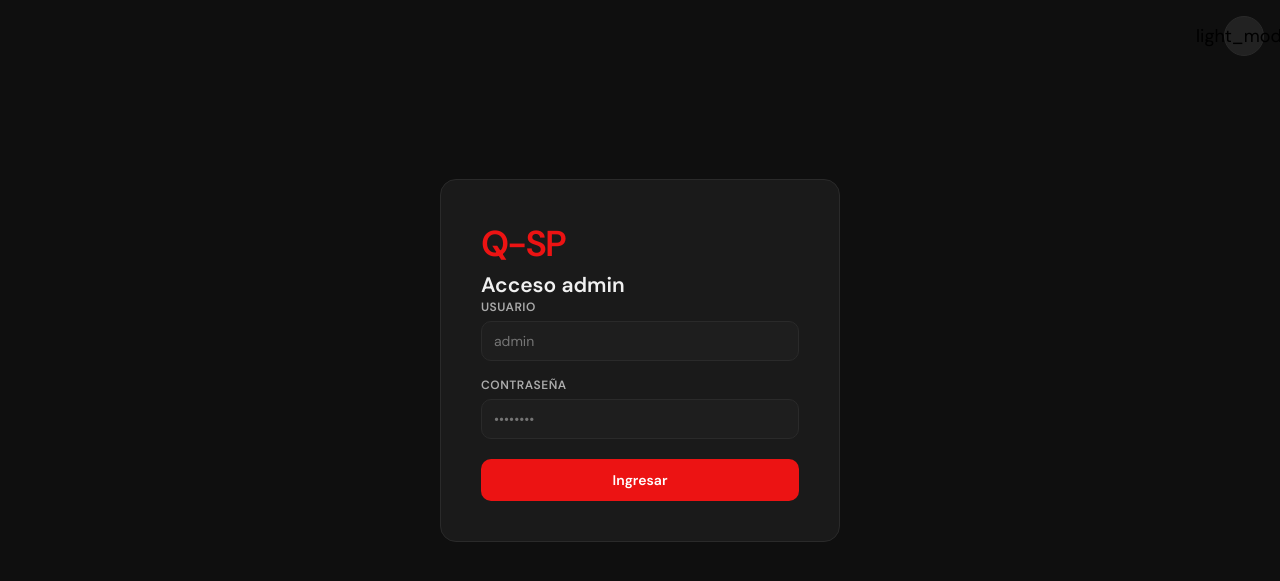
Repository: JhonnyDiaz4753/Admin_Q_sopa
Page: /categorias
An editor plug-in stored every save of this project. The page is shown before and after the next save, followed by the edit.
The browser window is 1280 px wide. The pictures show the whole page.
The project was rebuilt for these pictures with package versions that can differ from the ones it lists, and the page was loaded fresh each time. Also part of the build but not shown: vite.config.js, src/components/Sidebar/Sidebar.css, src/components/Sidebar/Sidebar.jsx, src/components/Topbar/Topbar.jsx, src/components/AdminLayout.css, src/components/AdminLayout.jsx, src/components/Dashboard/Dashboard.css, src/components/Dashboard/Dashboard.jsx and 10 more.

Above is the page before, as saved 2026-03-18 19:27:30.

After the next save:
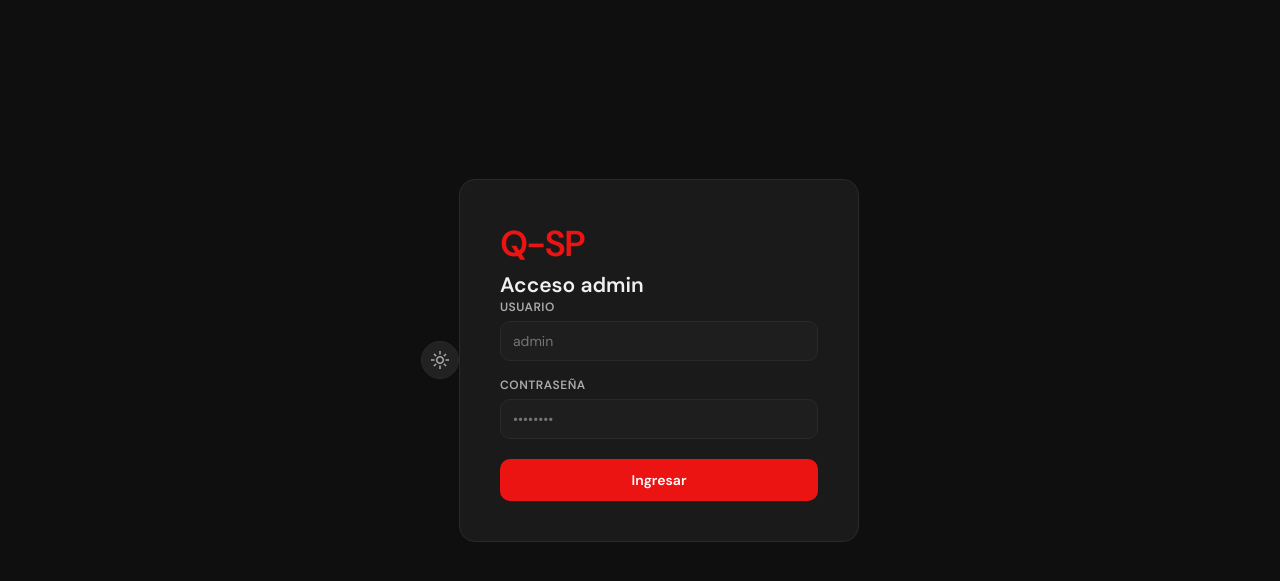
Saved 80 s later.
--- a/src/components/Login/Login.jsx
+++ b/src/components/Login/Login.jsx
@@ -29,9 +29,11 @@
 
   return (
     <div className="login-wrapper">
-          <button className="theme-toggle" onClick={toggle} aria-label="Cambiar tema">
-        {theme === "dark" ? "light_mode" : "dark_mode"}
-      </button>
+                  <button className="topbar-btn" onClick={toggle} title={theme === "dark" ? "Modo claro" : "Modo oscuro"}>
+          <span className="material-symbols-outlined">
+            {theme === "dark" ? "light_mode" : "dark_mode"}
+          </span>
+        </button>
       <div className="login-card">
         <div className="login-brand">Q-SP</div>
         <h2 className="login-title">Acceso admin</h2>

After the save that followed:
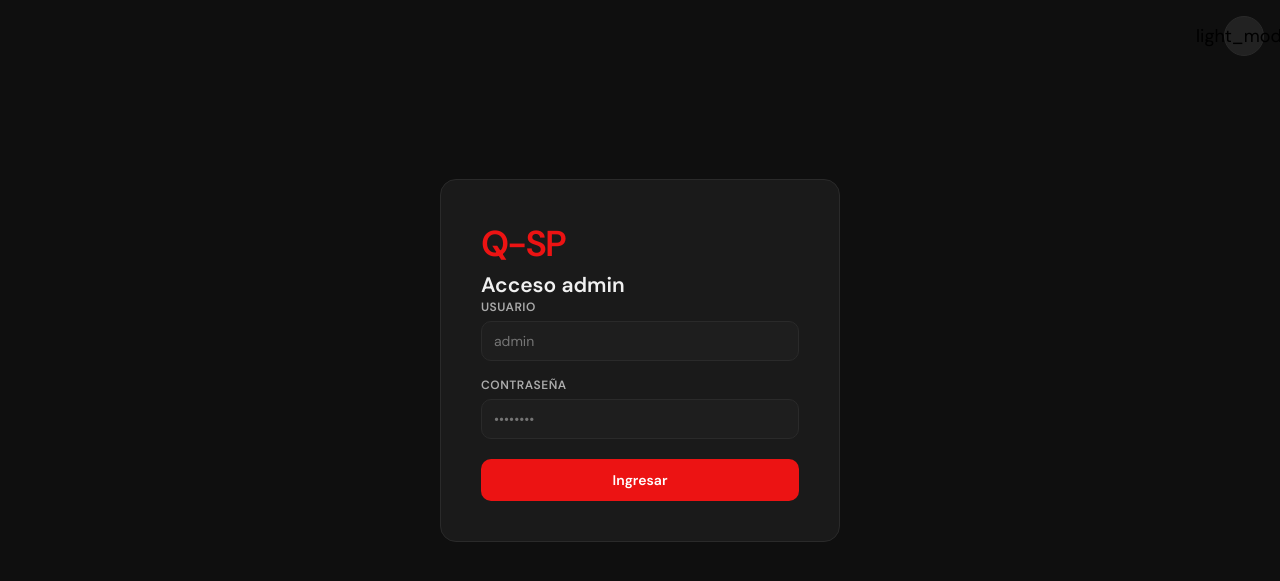
Saved 22 s later.
--- a/src/components/Login/Login.jsx
+++ b/src/components/Login/Login.jsx
@@ -29,11 +29,9 @@
 
   return (
     <div className="login-wrapper">
-                  <button className="topbar-btn" onClick={toggle} title={theme === "dark" ? "Modo claro" : "Modo oscuro"}>
-          <span className="material-symbols-outlined">
-            {theme === "dark" ? "light_mode" : "dark_mode"}
-          </span>
-        </button>
+          <button className="theme-toggle" onClick={toggle} aria-label="Cambiar tema">
+        {theme === "dark" ? "light_mode" : "dark_mode"}
+      </button>
       <div className="login-card">
         <div className="login-brand">Q-SP</div>
         <h2 className="login-title">Acceso admin</h2>
